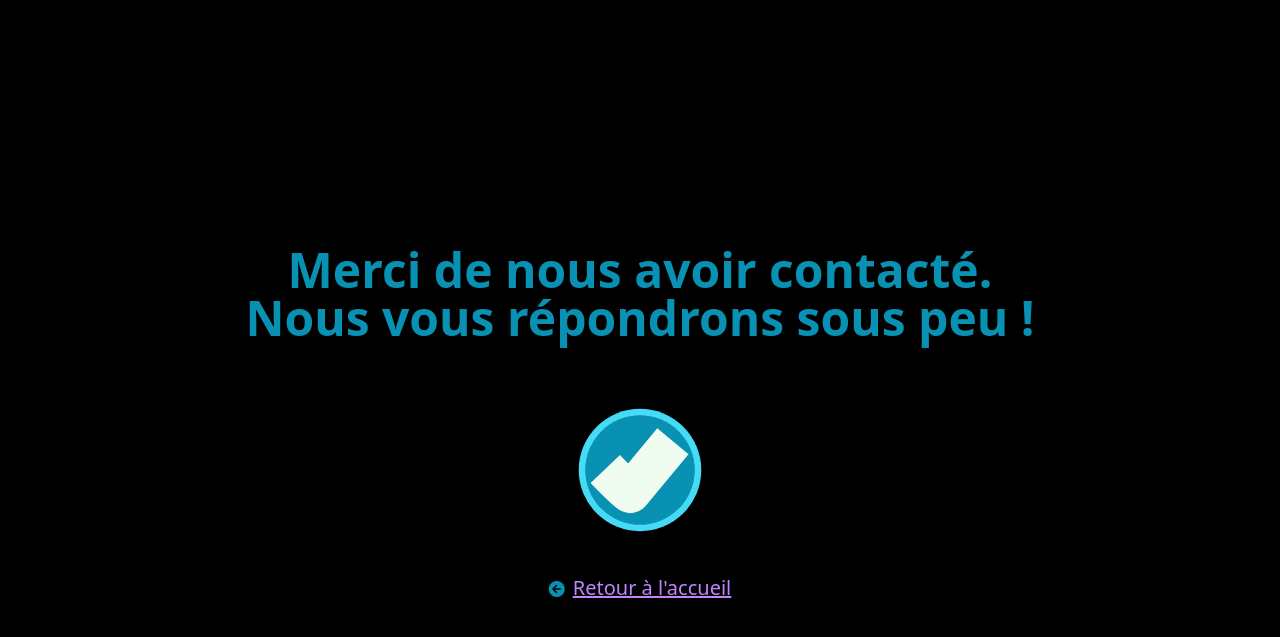
Repository: CarmenFerlatte/TP3__FerlatteCarmen
Page: confirmation.html
An editor plug-in stored every save of this project. The page is shown before and after the next save, followed by the edit.
The browser window is 1280 px wide. The pictures show the whole page.
Some web libraries are served in a nearby version. The style sheet was rebuilt from its Sass, Less or Tailwind sources for each picture, by a compiler version that may differ from the author's.

Above is the page before, as saved 2024-08-29 13:41:07.

After the next save:
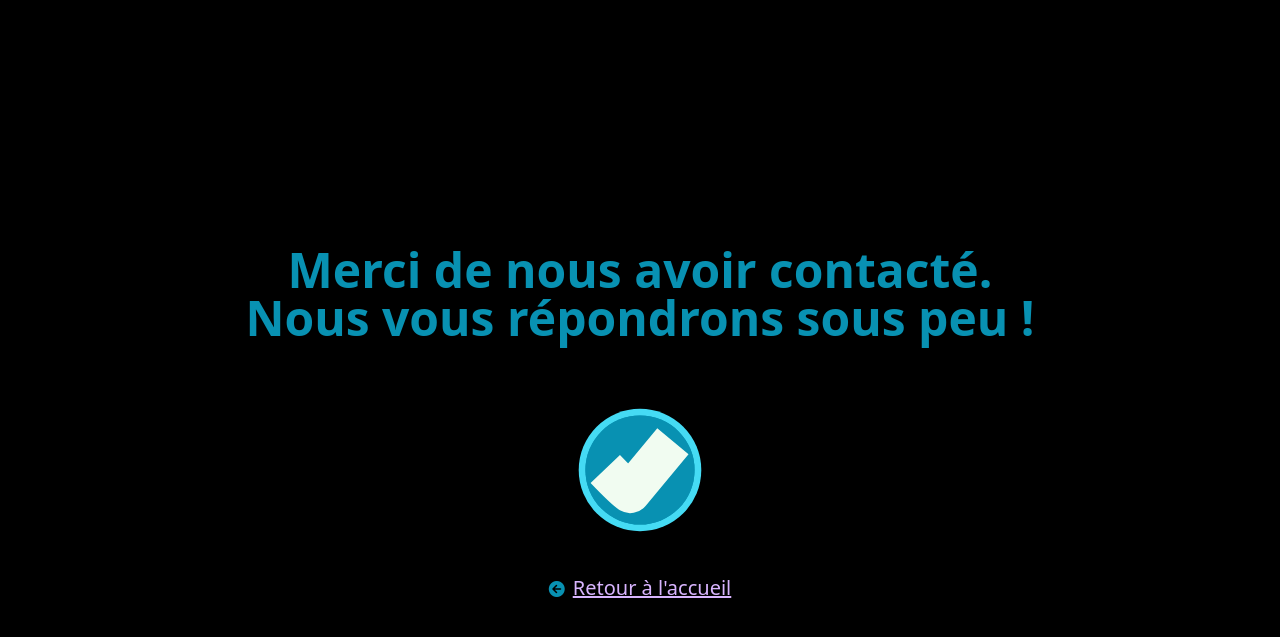
Saved 13 s later.
--- a/confirmation.html
+++ b/confirmation.html
@@ -27,7 +27,7 @@
                     <div class="flex justify-center">
                         <img class="w-32 mb-10" src="img/icons/confirmation.svg" alt="Illustration de confirmation">
                     </div>
-                    <i class="fa fa-arrow-circle-left pr-2 style-cyan" aria-hidden="true"></i><a class="cursor-pointer text-xl text-purple-400 underline hover:no-underline hover:text-pink-500" href="index.html" title="Retour à la page d'accueil">Retour à l'accueil</a>
+                    <i class="fa fa-arrow-circle-left pr-2 style-cyan" aria-hidden="true"></i><a class="cursor-pointer text-xl text-purple-300 underline hover:no-underline hover:text-pink-500" href="index.html" title="Retour à la page d'accueil">Retour à l'accueil</a>
                 </div>
             </div>
     </main>
